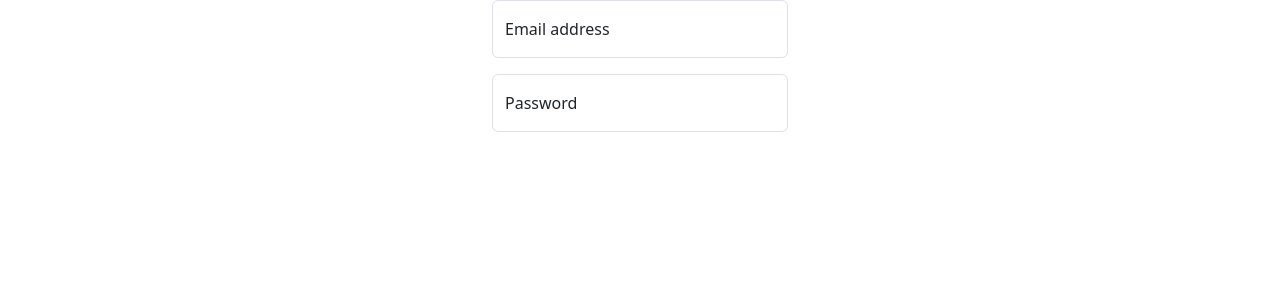
Repository: jaevoy2/lara_demo
Page: http://localhost/
An editor plug-in stored every save of this project. The page is shown before and after the next save, followed by the edit.
The browser window is 1280 px wide. The pictures show the whole page.
The page is served by the project's Laravel application, run on PHP 8.4 with Laravel 12.

Above is the page before, as saved 2026-07-06 22:45:43.

After the next save:
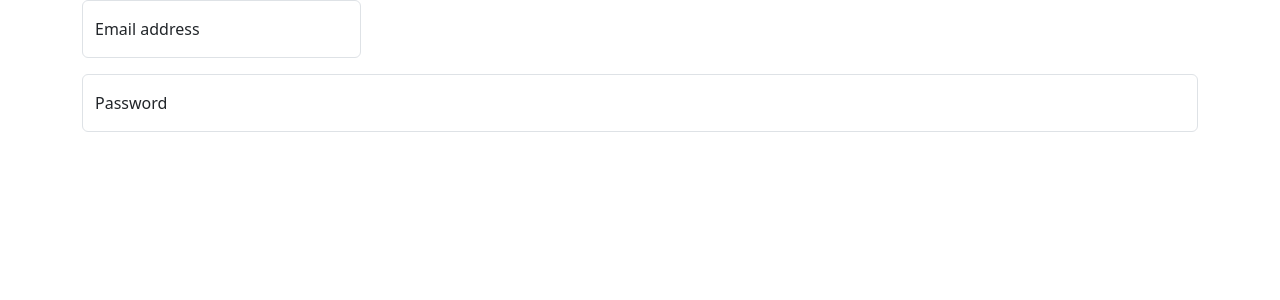
Saved 23 s later.
--- a/resources/views/login.blade.php
+++ b/resources/views/login.blade.php
@@ -2,8 +2,8 @@
 
 @section('content')
 
-    <div class="container d-flex flex-column justify-content-center col-3">
-        <div class="form-floating mb-3">
+    <div class="container d-flex flex-column justify-content-center">
+        <div class="form-floating mb-3 col-3">
             <input type="email" class="form-control" id="floatingInput" placeholder="name@example.com">
                 <label for="floatingInput">Email address</label>
         </div>

After the save that followed:
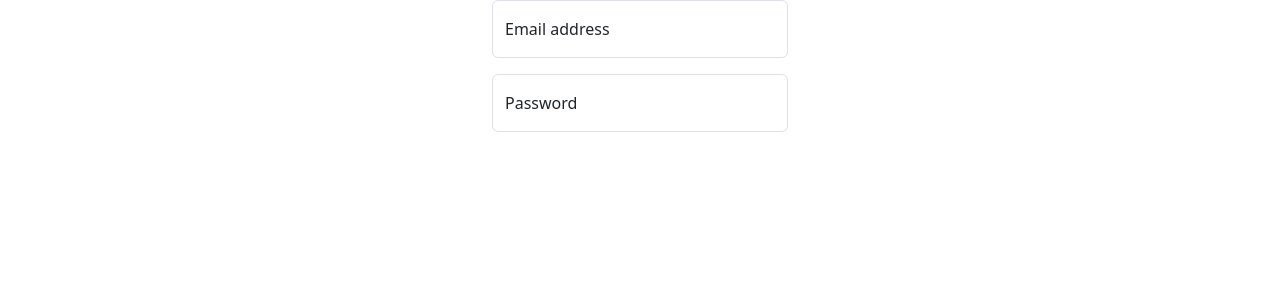
Saved 22 s later.
--- a/resources/views/login.blade.php
+++ b/resources/views/login.blade.php
@@ -2,8 +2,8 @@
 
 @section('content')
 
-    <div class="container d-flex flex-column justify-content-center">
-        <div class="form-floating mb-3 col-3">
+    <div class="container d-flex flex-column justify-content-center col-3 pt-8">
+        <div class="form-floating mb-3">
             <input type="email" class="form-control" id="floatingInput" placeholder="name@example.com">
                 <label for="floatingInput">Email address</label>
         </div>
